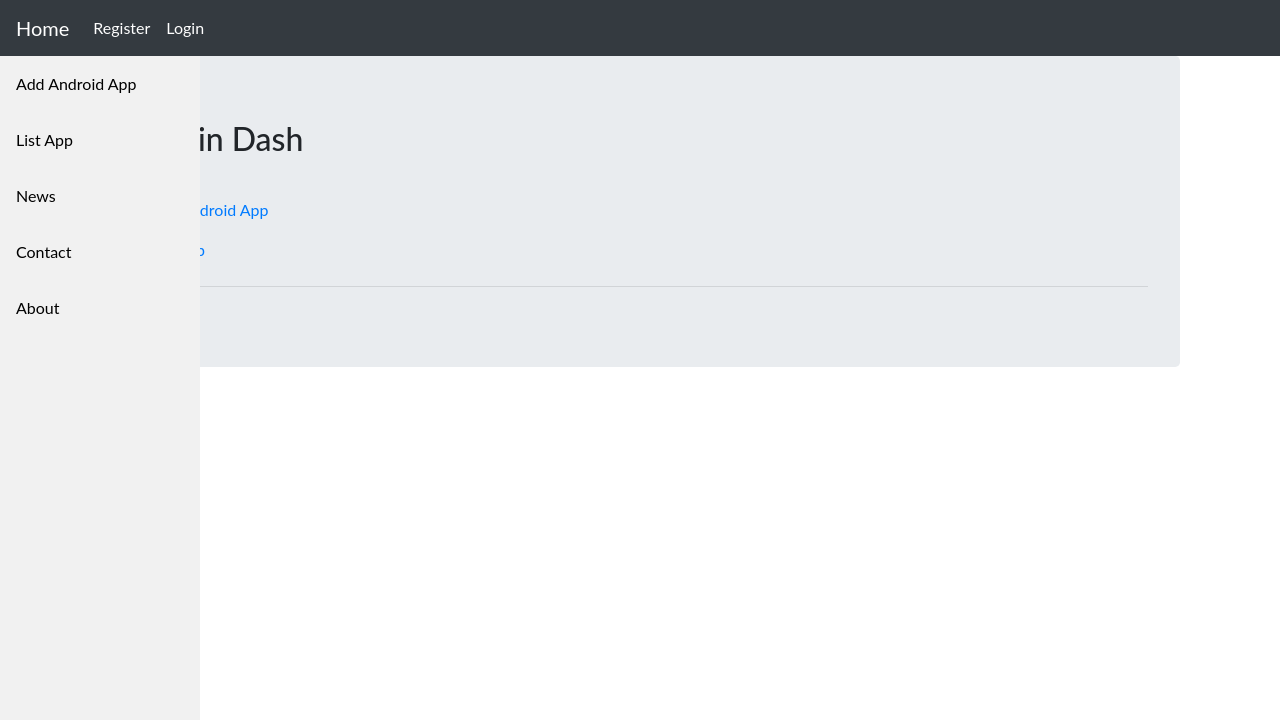
Repository: prabhat8701/nextgrowth_lab_task-main
Page: http://localhost/adminDash/
An editor plug-in stored every save of this project. The page is shown before and after the next save, followed by the edit.
The browser window is 1280 px wide. The pictures show the whole page.
The page is served by the project's application, run on Django 4.2 (manage.py). Other server files are loaded and not shown.

Above is the page before, as saved 2023-07-31 18:28:18.

### nextgrowAi/SET_2/next_project/templates/gradesApp/adminDash.html
{% extends 'gradesApp/base1.html' %}
{% block body_block %}

<div class="container">
    <div class="jumbotron">
        <h2>Admin Dash</h2>
        <li class="nav-item active">
            <a class="nav-link" href="{% url 'add_android_app' %}">Add Android App</a>
            <a class="nav-link" href="{% url 'app_list' %}">List App</a>
        </li>
        <hr>
    </div>
</div>


{% endblock %}

### nextgrowAi/SET_2/next_project/templates/gradesApp/base1.html
<!DOCTYPE html>
<html lang="en">
<head>
    <meta charset="UTF-8">
    <meta name="viewport" content="width=device-width, initial-scale=1.0">
    <meta http-equiv="X-UA-Compatible" content="ie=edge">
    <title>myGrades</title>
    <link rel="stylesheet" href="https://stackpath.bootstrapcdn.com/bootstrap/4.3.1/css/bootstrap.min.css" integrity="sha384-ggOyR0iXCbMQv3Xipma34MD+dH/1fQ784/j6cY/iJTQUOhcWr7x9JvoRxT2MZw1T" crossorigin="anonymous">
</head>
<body>
    <nav class="navbar navbar-expand-sm navbar-dark bg-dark">
        <a class="navbar-brand" href="{% url 'index' %}">Home</a>
        <button class="navbar-toggler d-lg-none" type="button" data-toggle="collapse" data-target="#collapsibleNavId" aria-controls="collapsibleNavId"
            aria-expanded="false" aria-label="Toggle navigation"></button>
        <div class="collapse navbar-collapse" id="collapsibleNavId">
            <ul class="navbar-nav mr-auto mt-2 mt-lg-0">
                <li class="nav-item active">
                    <!-- <a class="nav-link" href="{% url "admin:index" %}">Admin</a> -->
                </li>
                <li class="nav-item active">
                    <a class="nav-link" href="{% url 'register' %}" role="button">Register</a>

                </li>
                {% if user.is_authenticated %}
                    <!-- <li class="nav-item active">
                        <a class="nav-link" href="{% url 'dashboard' %}">Dashboard</a>

                    </li> -->
                    <li class="nav-item active">
                        <a class="nav-link" href="{% url 'logout' %}">Logout</a>
                    </li>
                {% else %}
                    <li class="nav-item active">

                        <a class="nav-link" href="{% url 'userLogin' %}">Login</a>

                    </li>
                {% endif %}

            </ul>

        </div>
    </nav>


<style>
body {
  margin: 0;
  font-family: "Lato", sans-serif;
}

.sidebar {
  margin: 0;
  padding: 0;
  width: 200px;
  background-color: #f1f1f1;
  position: fixed;
  height: 100%;
  overflow: auto;
}

.sidebar a {
  display: block;
  color: black;
  padding: 16px;
  text-decoration: none;
}

.sidebar a.active {
  background-color: #04AA6D;
  color: white;
}

.sidebar a:hover:not(.active) {
  background-color: #555;
  color: white;
}

div.content {
  margin-left: 200px;
  padding: 1px 16px;
  height: 1000px;
}

@media screen and (max-width: 700px) {
  .sidebar {
    width: 100%;
    height: auto;
    position: relative;
  }
  .sidebar a {float: left;}
  div.content {margin-left: 0;}
}

@media screen and (max-width: 400px) {
  .sidebar a {
    text-align: center;
    float: none;
  }
}
</style>
</head>
<body>

<div class="sidebar">
  <!-- <a class="active" href="#home">Home</a> -->
  <a class="nav-link" href="{% url 'add_android_app' %}">Add Android App</a>
  <a class="nav-link" href="{% url 'app_list' %}">List App</a>
  <a href="#news">News</a>
  <a href="#contact">Contact</a>
  <a href="#about">About</a>
</div>

<div class="container">
    {% block body_block %}
    {% endblock %}
</div>

</body>
</html>

### nextgrowAi/SET_2/next_project/next_app/views.py
from django.shortcuts import render

# Create your views here.
from django.shortcuts import render

# Create your views here.
from django.shortcuts import render,redirect
from next_app.forms import Admin_User_Form,Common_User_Form,Admin_User_AddForm,Common_User_AddForm,AndroidAppForm
from django.http import HttpResponse,HttpResponseRedirect
from django.contrib.auth.decorators import login_required
from django.urls import reverse
from django.contrib.auth import authenticate,login,logout
from next_app.models import Admin_User,Common_User,AndroidApp
from django.contrib.auth.models import User

# Create your views here.

def index(request):
    return render(request,'gradesApp/index.html')


@login_required
def userLogout(request):
    logout(request)
    return HttpResponseRedirect(reverse('index'))


def register(request):
    return render(request,'gradesApp/register.html')

def registeradmin(request):
    registered=False
    if request.method=='POST':
        var_adminForm=Admin_User_Form(request.POST)
        var_adminAddForm=Admin_User_AddForm(request.POST)
        if var_adminForm.is_valid()and var_adminAddForm.is_valid():
            adminprimary=var_adminForm.save()
            adminprimary.set_password(adminprimary.password)
            adminprimary.save()
            adminAdd=var_adminAddForm.save(commit=False)
            adminAdd.admin_user=adminprimary
            adminAdd.save()
            registered=True
    else:
        var_adminForm=Admin_User_Form()
        var_adminAddForm=Admin_User_AddForm()
    data={
        'var_adminForm':var_adminForm,
        'var_adminAddForm':var_adminAddForm,
        'registered':registered
        }
    return render(request,'gradesApp/registeradmin.html',data)


def registeruser(request):
    registered=False
    if request.method=='POST':
        var_userForm=Common_User_Form(request.POST)
        var_userAddForm=Common_User_AddForm(request.POST)
        if var_userForm.is_valid()and var_userAddForm.is_valid():
            userprimary=var_userForm.save()
            userprimary.set_password(userprimary.password)
            userprimary.save()
            userAdd=var_userAddForm.save(commit=False)
            userAdd.common_user=userprimary
            userAdd.save()
            registered=True
    else:
        var_userForm=Common_User_Form()
        var_userAddForm=Common_User_AddForm()
    data={
        'var_userForm':var_userForm,
        'var_userAddForm':var_userAddForm,
        'registered':registered}
    return render(request,'gradesApp/registeruser.html',data)

def userLogin(request):
    invalidlogin=False
    if request.method=='POST':
        username=request.POST.get('username')
        password=request.POST.get('password')
        user=authenticate(username=username,password=password)
        if user:
            if user.is_active:
                login(request,user)
                return HttpResponseRedirect(reverse('index'))
            else:
                return HttpResponse('Account not active')
        else:
            invalidlogin=True
            return redirect('/gradesApp/login/')
    else:
        return render(request,'gradesApp/login.html',{'invalidlogin':invalidlogin})


# from django.shortcuts import render, redirect
# from .models import Admin_User, Common_User
# from django.contrib.auth.decorators import login_required

@login_required
def dashboard(request):
    print("request",request.user)
    try:
        current=Admin_User.objects.get(admin_user=request.user)
        print("current",current)
        is_admin_user = True
    except Admin_User.DoesNotExist:
        current=Common_User.objects.get(common_user=request.user)
        print("current",current)
        is_admin_user = False

    if is_admin_user:
        return redirect('/adminDash/')
    else:
        return redirect('/userDash/')
    return render(request,'gradesApp/dashboard.html')




from django.shortcuts import render, redirect
from .models import Admin_User, Common_User
from django.contrib.auth.decorators import login_required


# @login_required
# def dashboard(request):
#     print("request", request.user)
#     try:
#         # Try to fetch the Admin_User object for the current user
#         current = Admin_User.objects.get(admin_user=request.user)
#         is_admin_user = True
#     except Admin_User.DoesNotExist:
#         # If Admin_User object is not found, try fetching Common_User object
#         try:
#             current = Common_User.objects.get(common_user=request.user)
#             is_admin_user = False
#         except Common_User.DoesNotExist:
#             # If neither Admin_User nor Common_User object is found, handle the situation here
#             # For example, you might want to redirect to a page showing an error message
#             return render(request, 'gradesApp/error.html')

    # if is_admin_user:
    #     return redirect('/studentDash/')
    # else:
    #     return redirect('/teacherDash/')




def adminDash(request):
    return render(request,'gradesApp/adminDash.html')

def userDash(request):
    return render(request,'gradesApp/userDash.html')

def add_android_app(request):
    if request.method == 'POST':
        print("f1")

        # form = AndroidAppForm(request.POST)
        form = AndroidAppForm(request.POST, request.FILES)
        print("f12")
        if form.is_valid():
            print("f3")
            form.save()
            return redirect('app_list')
    else:
        print("f")
        form = AndroidAppForm()
    return render(request, 'gradesApp/add_android_app.html', {'form': form})

from django.contrib.auth.decorators import login_required

# @login_required
def app_list(request):
    apps = AndroidApp.objects.all()
    return render(request, 'gradesApp/app_list.html', {'apps': apps})

from django.shortcuts import render, get_object_or_404
def app_detail(request, app_id):
    app = get_object_or_404(AndroidApp, id=app_id)
    return render(request, 'gradesApp/app_detail.html', {'app': app})



# views.py

# from django.shortcuts import render, redirect
from .forms import TaskScreenshotForm

def add_task_screenshot(request):
    if request.method == 'POST':
        form = TaskScreenshotForm(request.POST, request.FILES)
        if form.is_valid():
            form.instance.user = request.user  # Assign the current user to the 'user' field
            form.save()
            return redirect('app_list')  # Replace 'app_list' with the URL name of your app list page
    else:
        form = TaskScreenshotForm()
    return render(request, 'gradesApp/add_task.html', {'form': form})  # Replace 'your_template.html' with your desired template name

### nextgrowAi/SET_2/next_project/next_project/urls.py
"""next_project URL Configuration

The `urlpatterns` list routes URLs to views. For more information please see:
    https://docs.djangoproject.com/en/4.1/topics/http/urls/
Examples:
Function views
    1. Add an import:  from my_app import views
    2. Add a URL to urlpatterns:  path('', views.home, name='home')
Class-based views
    1. Add an import:  from other_app.views import Home
    2. Add a URL to urlpatterns:  path('', Home.as_view(), name='home')
Including another URLconf
    1. Import the include() function: from django.urls import include, path
    2. Add a URL to urlpatterns:  path('blog/', include('blog.urls'))
"""
from django.contrib import admin
from django.urls import path,include
from next_app import views
from django.conf import settings
from django.conf.urls.static import static

urlpatterns = [
    path('next_app/',include('next_app.urls')),
    path('',views.index,name='index'),
    path('admin/', admin.site.urls),
    path('logout/',views.userLogout,name='logout'),
    path('adminDash/',views.adminDash,name='adminDash'),
    path('userDash/',views.userDash,name='userDash'),
]
if settings.DEBUG:
    urlpatterns += static(settings.MEDIA_URL, document_root=settings.MEDIA_ROOT)

### nextgrowAi/SET_2/next_project/next_app/urls.py
from django.urls import path
from next_app import views

# app_name='gradesApp'

urlpatterns = [
    path('',views.index,name='index'),
    path('register/',views.register,name='register'),

    path('registeradmin/',views.registeradmin,name='registeradmin'),
    path('registeruser/',views.registeruser,name='registeruser'),

    path('login/',views.userLogin,name='userLogin'),
    path('dashboard',views.dashboard,name='dashboard'),

    path('add_android_app/', views.add_android_app, name='add_android_app'),
    path('app_list/', views.app_list, name='app_list'),
    path('app_detail/<int:app_id>/', views.app_detail, name='app_detail'),
    path('add_task_screenshot/', views.add_task_screenshot, name='add_task_screenshot'),
]

After the next save:
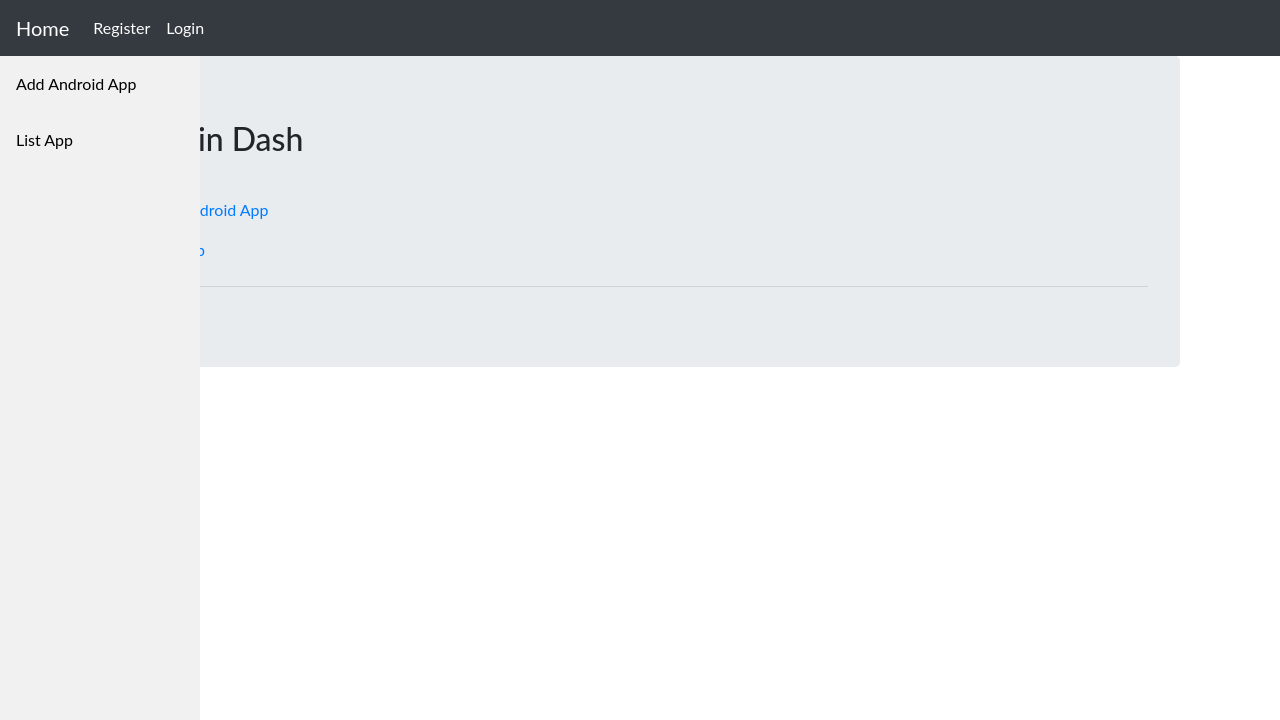
Saved 4 s later.
--- a/nextgrowAi/SET_2/next_project/templates/gradesApp/base1.html
+++ b/nextgrowAi/SET_2/next_project/templates/gradesApp/base1.html
@@ -106,9 +106,9 @@ div.content {
   <!-- <a class="active" href="#home">Home</a> -->
   <a class="nav-link" href="{% url 'add_android_app' %}">Add Android App</a>
   <a class="nav-link" href="{% url 'app_list' %}">List App</a>
-  <a href="#news">News</a>
+  <!-- <a href="#news">News</a>
   <a href="#contact">Contact</a>
-  <a href="#about">About</a>
+  <a href="#about">About</a> -->
 </div>
 
 <div class="container">
